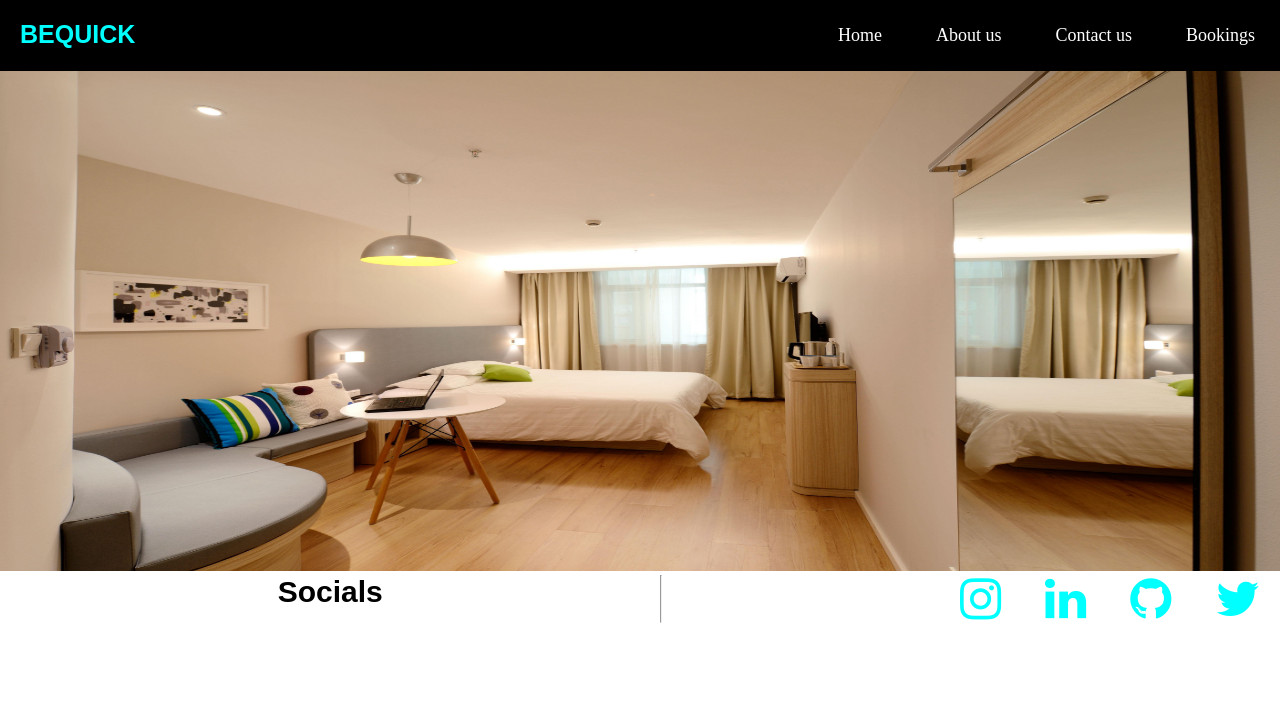
Repository: Ayushi6Sharma/BEQUICK_Hotel_Booking_Web
Page: about.html
These files come from the project's save history. The page is drawn as it stood at one moment and after the next save; the edit follows.
The browser window is 1280 px wide. The pictures show the whole page.

Above is the page before, as saved 2022-05-09 14:34:23.

After the next save:
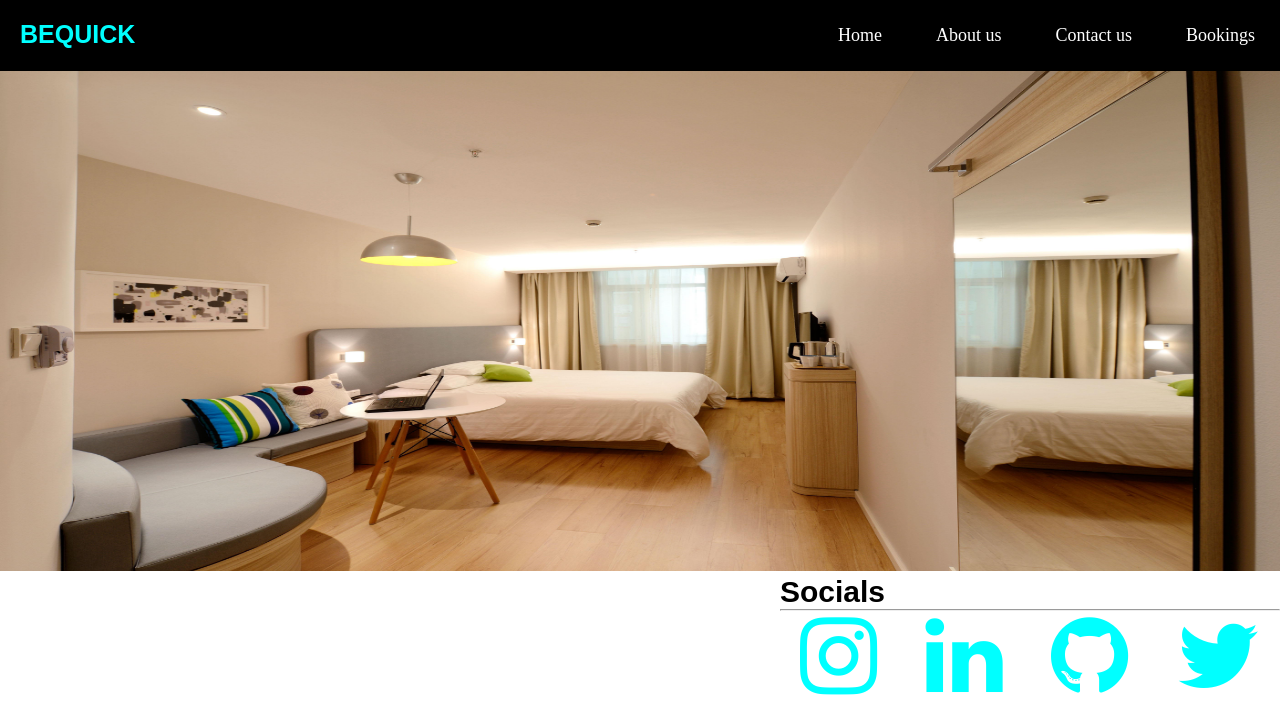
Saved 55 s later.
--- a/about.html
+++ b/about.html
@@ -35,13 +35,13 @@
                 </div>
                 <div class="social">
                     Socials
-                </div>
-                <hr/>
-                <div class="social-contact">
-                    <a href="#"><i class="fa fa-instagram fa-3x"></i></a>
-                    <a href="#"><i class="fa fa-linkedin fa-3x"></i></a>
-                    <a href="#"><i class="fa fa-github fa-3x"></i></a>
-                    <a href="#"><i class="fa fa-twitter fa-3x"></i></a>
+                    <hr/>
+                    <div class="social-contact">
+                        <a href="#"><i class="fa fa-instagram fa-3x"></i></a>
+                        <a href="#"><i class="fa fa-linkedin fa-3x"></i></a>
+                        <a href="#"><i class="fa fa-github fa-3x"></i></a>
+                        <a href="#"><i class="fa fa-twitter fa-3x"></i></a>
+                    </div>
                 </div>
             </div>
         </section>
